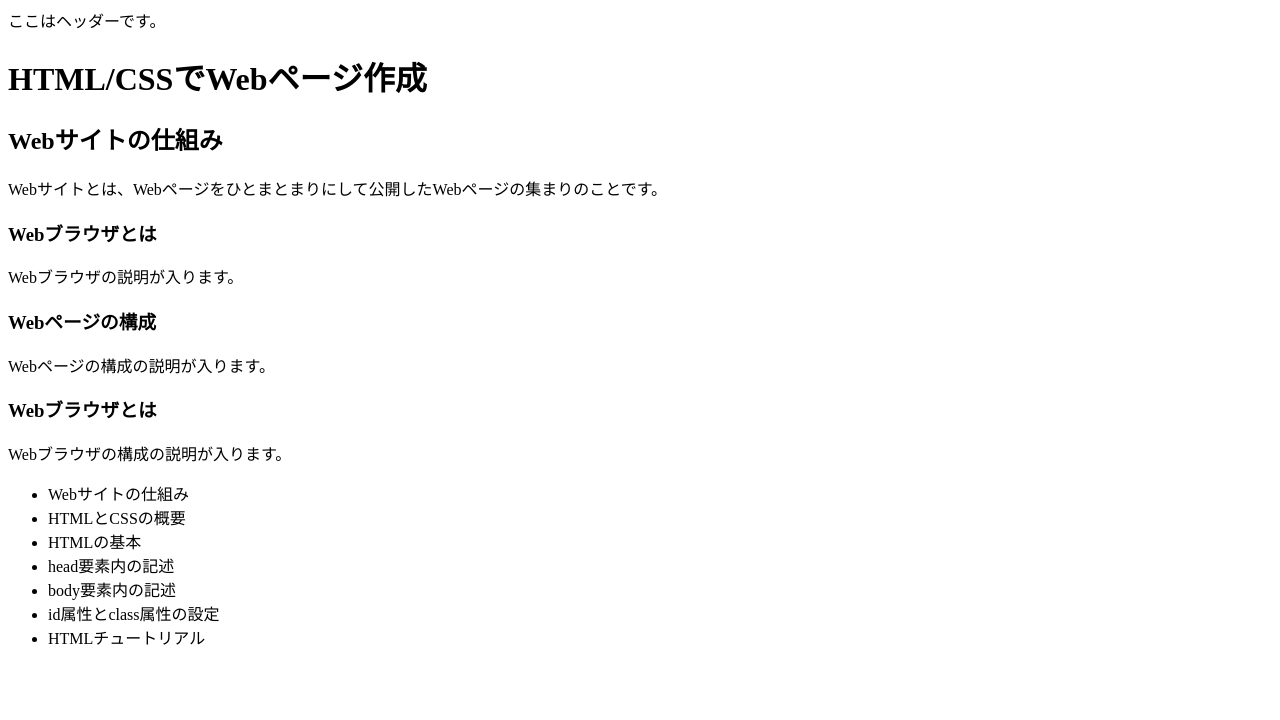
Repository: taekowithrowgit/backend
Page: environment/front-end/html_css/kadai-html.html
The author's editor kept a record of every edit. The page is drawn from the files as they stood at one moment, then again after the next edit.
The browser window is 1280 px wide. The pictures show the whole page.

Above is the page before.

After the next edit:
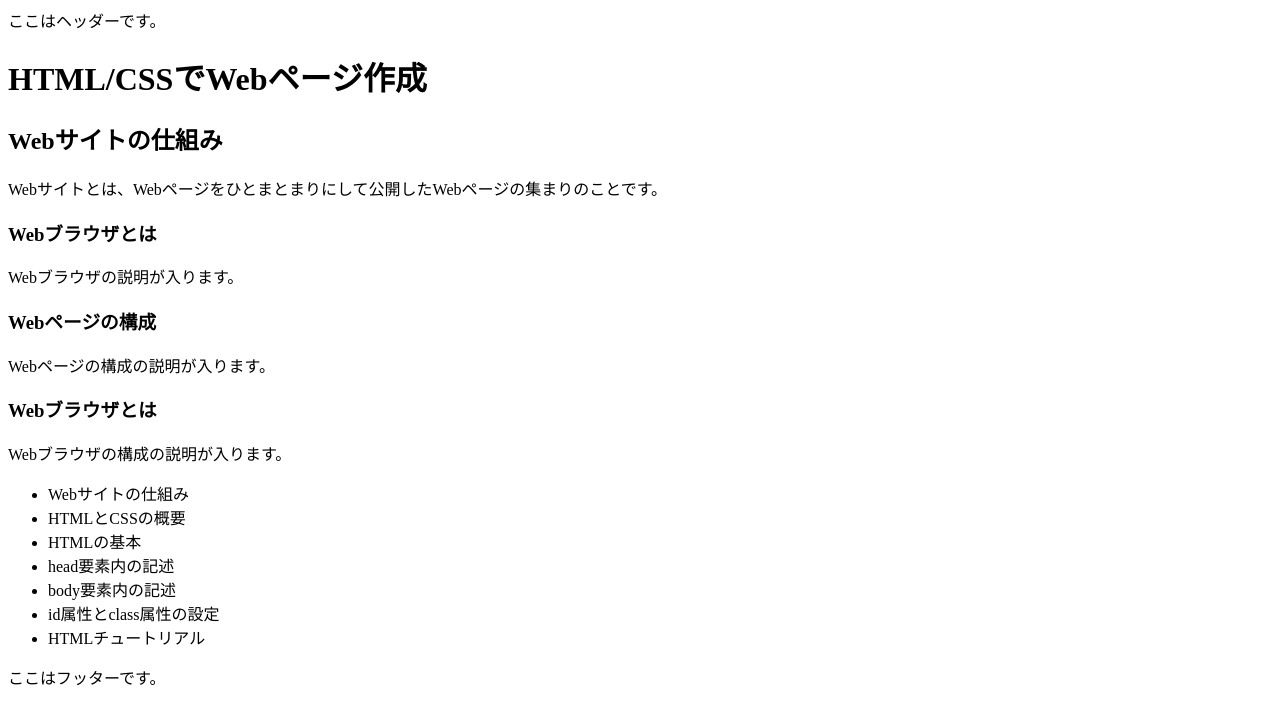
The edit:
--- a/environment/front-end/html_css/kadai-html.html
+++ b/environment/front-end/html_css/kadai-html.html
@@ -30,5 +30,7 @@
                 </ul>
             </nav>
         </div>
+        <footer>ここはフッターです。
+        </footer>
     </body>
 </html>
